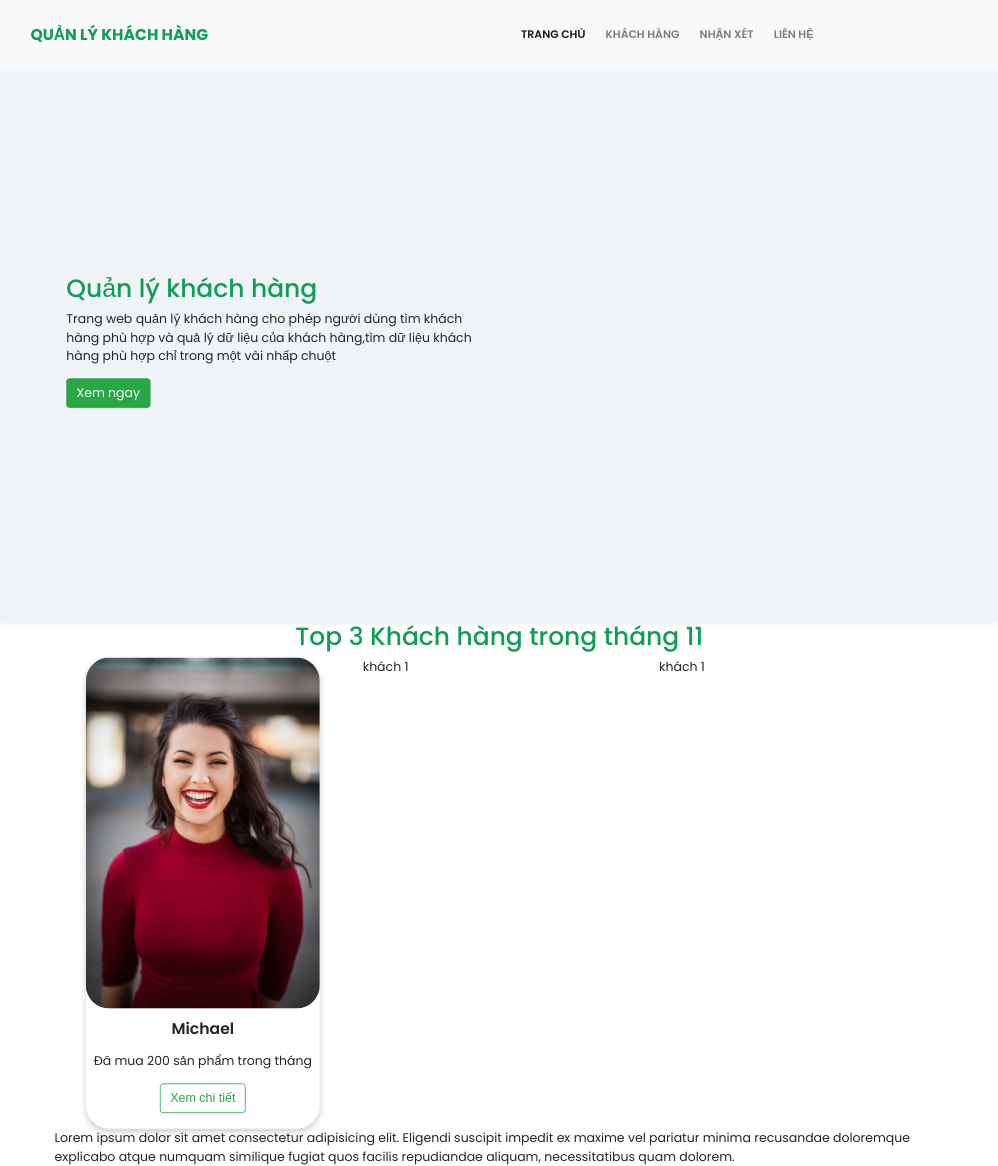
Repository: huutien1904/bt2-ltw
Page: index.html
The author's editor kept a copy of each file at every save. The page is drawn from the files as they stood at one save, then again after the next save.
The browser window is 1280 px wide. The pictures show the whole page, at 78% of full size.

Above is the page before, as saved 2021-11-04 09:00:38.

### index.html
<!DOCTYPE html>
<html lang="en">
<head>
    <meta charset="UTF-8">
    <meta http-equiv="X-UA-Compatible" content="IE=edge">
    <meta name="viewport" content="width=device-width, initial-scale=1.0">
    <title>Quản Lý Khách Hàng</title>

    <!-- style -->
    <link rel="stylesheet" href="./style.css">
    <!-- font Poppins -->
    <link rel="preconnect" href="https://fonts.googleapis.com">
    <link rel="preconnect" href="https://fonts.gstatic.com" crossorigin>
    <link href="https://fonts.googleapis.com/css2?family=Poppins:wght@100;200;300;400;500;600;700;800;900&display=swap" rel="stylesheet">
    <!--  boostrap -->
    <link rel="stylesheet" href="https://maxcdn.bootstrapcdn.com/bootstrap/4.5.2/css/bootstrap.min.css">
    <script src="https://ajax.googleapis.com/ajax/libs/jquery/3.5.1/jquery.min.js"></script>
    <script src="https://cdnjs.cloudflare.com/ajax/libs/popper.js/1.16.0/umd/popper.min.js"></script>
    <script src="https://maxcdn.bootstrapcdn.com/bootstrap/4.5.2/js/bootstrap.min.js"></script>
</head>
<body>
  <!-- navbar -->
    <!-- <nav class="navbar navbar-default navbar-fixed-top">
        <div class="container-fluid ">
          <div class="navbar-header">
            <button type="button" class="navbar-toggle" data-toggle="collapse" data-target="#myNavbar">
              <span class="icon-bar"></span>
              <span class="icon-bar"></span>
              <span class="icon-bar"></span>
            </button>
            <a class="navbar-brand" href="#home">QUẢN LÝ KHÁCH HÀNG</a>
          </div>
          <div class="collapse navbar-collapse" id="myNavbar">
            <ul class="nav navbar-nav navbar-right">
              <li class="active_nav"><a href="#home">TRANG CHỦ</a></li>
              <li ><a href="#customer">KHÁCH HÀNG</a></li>
              <li><a href="#comment">NHẬN XÉT</a></li>
              <li><a href="#contact">LIÊN HỆ</a></li>
            </ul>
          </div>
        </div>
    </nav> -->
  <!-- end navbar -->
  <nav class="navbar navbar-expand-lg navbar-light bg-light fixed-top p-4 d-flex justify-content-between">
    <div class="nav_title col-md-6 col-sm-12">
      <a class="navbar-brand" href="#">QUẢN LÝ KHÁCH HÀNG</a>
    </div>

    <div class="nav_menu col-md-6 ">
      <button class="navbar-toggler" type="button" data-toggle="collapse" data-target="#navbarSupportedContent" aria-controls="navbarSupportedContent" aria-expanded="false" aria-label="Toggle navigation">
        <span class="navbar-toggler-icon"></span>
      </button>
      <div class="collapse navbar-collapse" id="navbarSupportedContent">
        <ul class="navbar-nav mr-auto">
          <li class="nav-item active">
            <a class="nav-link" href="#home">TRANG CHỦ</a>
          </li>
          <li class="nav-item">
            <a class="nav-link" href="#customer">KHÁCH HÀNG</a>
          </li>

          <li class="nav-item">
            <a class="nav-link" href="#comment">NHẬN XÉT</a>
          </li>
          <li class="nav-item">
            <a class="nav-link" href="#contact">LIÊN HỆ</a>
          </li>

        </ul>

      </div>
    </div>


  </nav>
  <!-- trang chủ -->
  <section
    id="home"
    >
    <div class="container">
      <div class="row">
        <div class="col-md-6 col-xs-12 ">
          <div class="">
            <h2 class="slogan">Quản lý khách hàng</h2>
            <p class="">
              Trang web quản lý khách hàng cho phép người dùng tìm khách hàng phù hợp và quả lý dữ liệu của khách hàng,tìm dữ liệu khách hàng phù hợp chỉ trong một vài nhấp chuột
            </p>
            <div class="left-to-right play-on-scroll delay-4">
              <button type="button" class="btn btn-success">Xem ngay</button>
            </div>
          </div>
        </div>
      </div>
    </div>
  </section>
  <!-- end trang chủ -->

  <!-- khách hàng -->
  <section id="customer ">
    <div class="container">
      <div class="row">
        <div class="col-md-12 col-sm-12 d-flex justify-content-center align-items-center">
          <h2 class="title_customer ">Top 3 Khách hàng trong tháng 11</h2>
        </div>
      </div>
      <div class="row">
        <div class="col-md-4 col-sm-12">
          <div class="customer_top">
            <img src="./img/michael-dam-mEZ3PoFGs_k-unsplash.jpg" alt="Denim Jeans" style="width:100%">
            <p class="customer_top-name">Michael</p>
            <p>Đã mua 200 sản phẩm trong tháng</p>
            <button type="button " class="btn btn-outline-success btn_des">Xem chi tiết</button>
          </div>
        </div>
        <div class="col-md-4 col-sm-12">
          khách 1

        </div>
        <div class="col-md-4 col-sm-12">
          khách 1

        </div>
        Lorem ipsum dolor sit amet consectetur adipisicing elit. Eligendi suscipit impedit ex maxime vel pariatur minima recusandae doloremque explicabo atque numquam similique fugiat quos facilis repudiandae aliquam, necessitatibus quam dolorem.
      </div>
    </div>
  </section>
  <!-- end khách hàng -->
  <!--  Nhận xét-->
  <section id="comment">

  </section>
  <!-- liên hệ -->
  <section id="contact">

  </section>
</body>
</html>

### style.css
*{
  font-family: 'Poppins', sans-serif;
}
p{
  margin: 0;
}
:root {
  --primary-color: #0f9d58;
  --backgound-color: #f0f3f7;
  --secon-color: #9da2ad;
  --grey: #7a7a7a;
  --white: #ffffff;
}
body {
  font: 400 15px Lato, sans-serif;
  line-height: 1.8;
  color: #818181;
}
.navbar-default{
  padding: 15px;
  background-color: var(--backgound-color);
  box-shadow: 0 2px 8px rgb(0 0 0 / 10%);
}
.navbar-brand{
  font-weight: 700;
  font-size: 20px;
  color: var(--primary-color) !important;

}
.navbar-nav li{
  font-size: 14px;
  font-weight: 600;
  margin: 0 5px;
  /* padding:5px; */
}
.navbar-nav li:hover{
  background-color: var(--primary-color);
  border-radius: 15px;
  color: white !important;
}
#home{
  margin-top: 77px;
  height: 100vh;
  display: flex;
  justify-content: center;
  align-items: center;
  background-color: var(--backgound-color);
  box-shadow: 0 2px 8px rgb(0 0 0 / 10%);
}
.slogan{
  color: var(--primary-color);
}
.title_customer{
  color: var(--primary-color);

}
#customer{
  height: 90vh;
  background-color: var(--backgound-color);
  box-shadow: 0 2px 8px rgb(0 0 0 / 10%);
}
.customer_top {
  box-shadow: 0 4px 8px 0 rgba(0, 0, 0, 0.2);
  max-width: 300px;
  margin: auto;
  text-align: center;
  font-family: arial;
  border-radius: 30px;

}
.customer_top img{
  border-radius: 30px;
  margin-bottom: 10px;
}
.customer_top-name{
  font-size: 20px;
  font-weight: 600;
}
.btn_des{
  margin-bottom: 20px;
}



/* .active_nav{
  background-color: var(--primary-color);
  border-radius: 15px;
} */

After the next save:
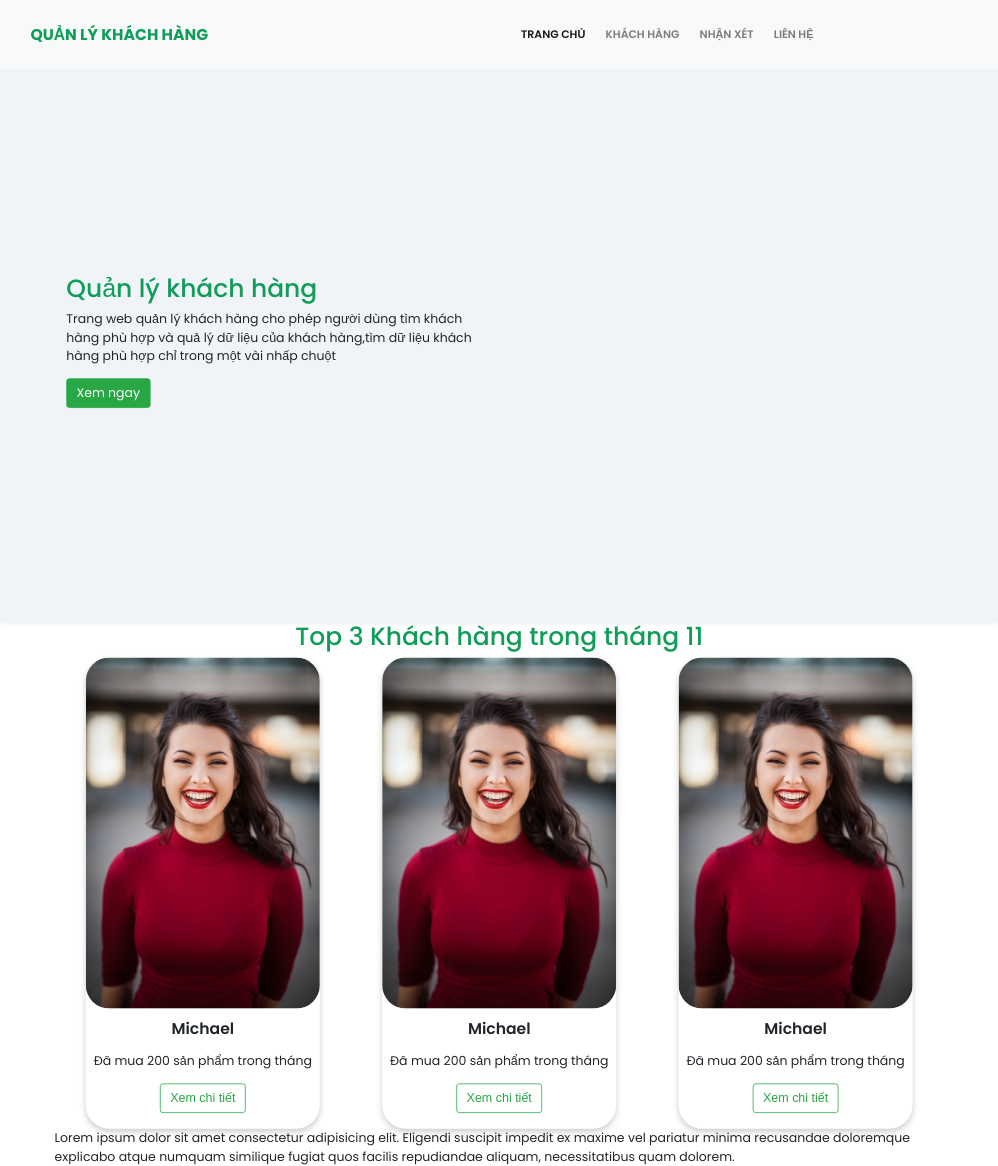
Saved 20 s later.
--- a/index.html
+++ b/index.html
@@ -113,11 +113,21 @@
           </div>
         </div>
         <div class="col-md-4 col-sm-12">
-          khách 1
+          <div class="customer_top">
+            <img src="./img/michael-dam-mEZ3PoFGs_k-unsplash.jpg" alt="Denim Jeans" style="width:100%">
+            <p class="customer_top-name">Michael</p>
+            <p>Đã mua 200 sản phẩm trong tháng</p>
+            <button type="button " class="btn btn-outline-success btn_des">Xem chi tiết</button>
+          </div>
 
         </div>
         <div class="col-md-4 col-sm-12">
-          khách 1
+          <div class="customer_top">
+            <img src="./img/michael-dam-mEZ3PoFGs_k-unsplash.jpg" alt="Denim Jeans" style="width:100%">
+            <p class="customer_top-name">Michael</p>
+            <p>Đã mua 200 sản phẩm trong tháng</p>
+            <button type="button " class="btn btn-outline-success btn_des">Xem chi tiết</button>
+          </div>
 
         </div>
         Lorem ipsum dolor sit amet consectetur adipisicing elit. Eligendi suscipit impedit ex maxime vel pariatur minima recusandae doloremque explicabo atque numquam similique fugiat quos facilis repudiandae aliquam, necessitatibus quam dolorem.
